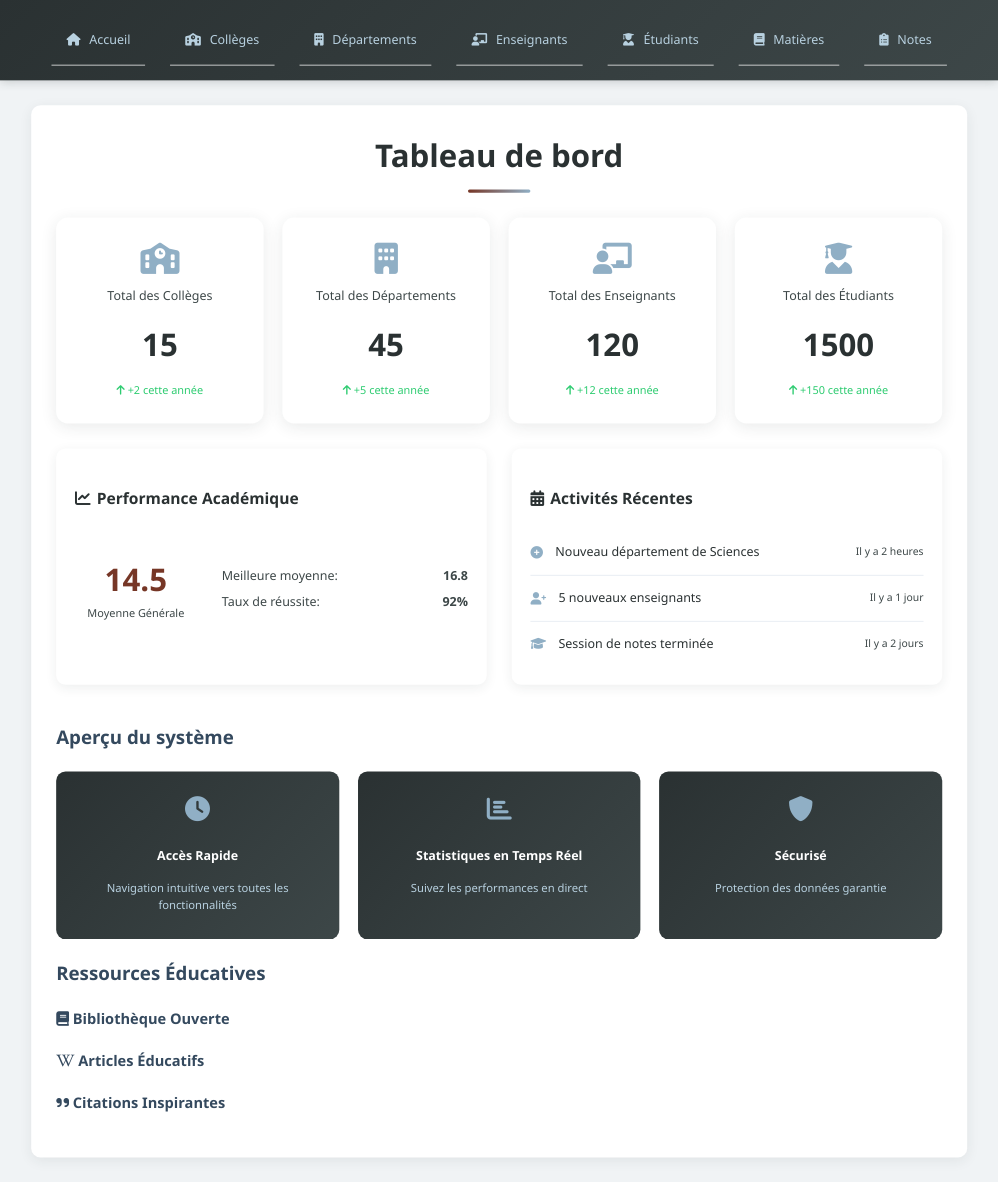
Repository: Ishimw3/college-management
Page: index.html
The author's editor kept a copy of each file at every save. The page is drawn from the files as they stood at one save, then again after the next save.
The browser window is 1280 px wide. The pictures show the whole page, at 78% of full size.
The page's requests for data from a server got no answer.

Above is the page before, as saved 2025-02-24 21:42:01.
Console error: ReferenceError: UIManager is not defined

After the next save:
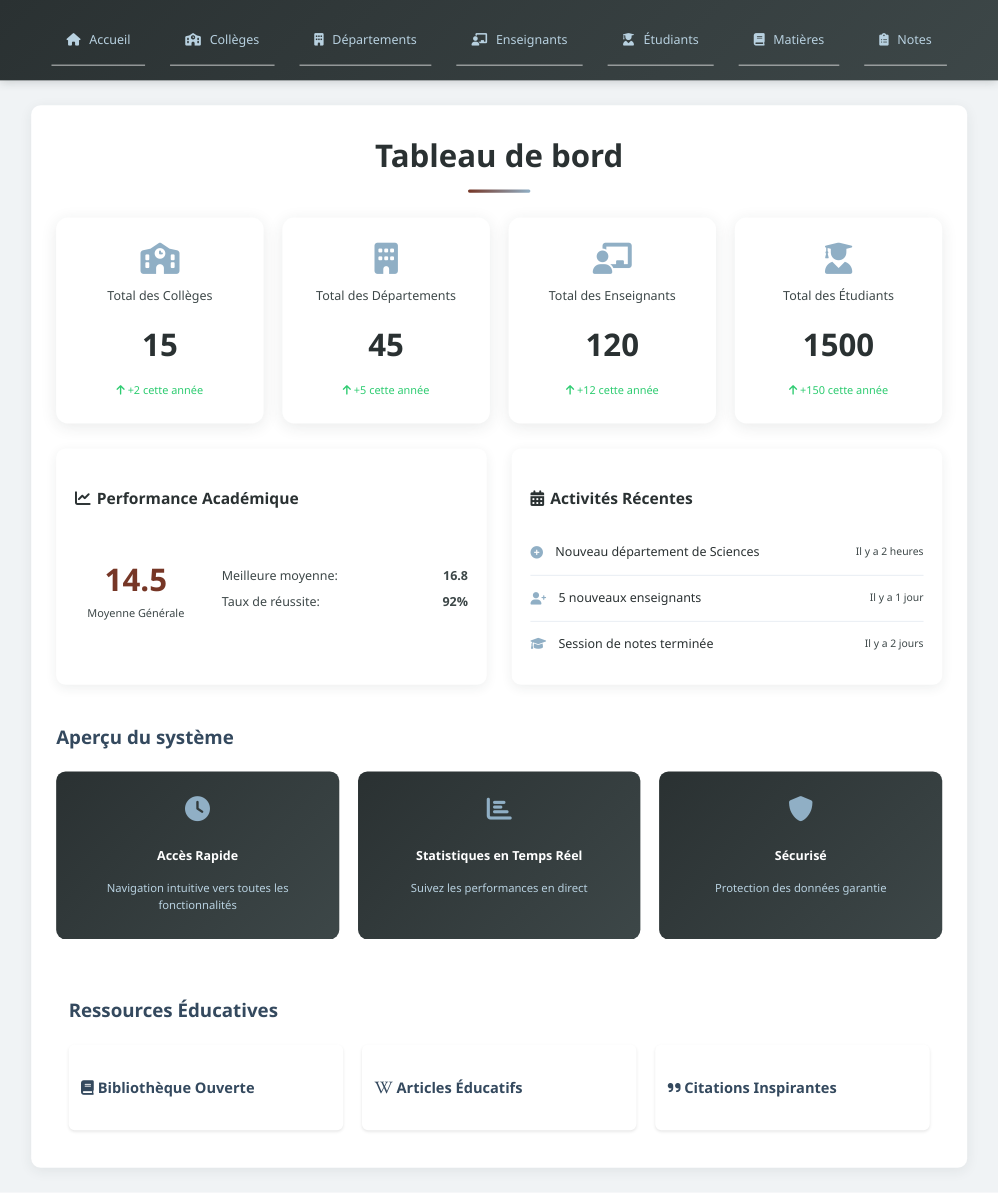
Saved 7 s later.
--- a/assets/css/main.css
+++ b/assets/css/main.css
@@ -755,3 +755,50 @@ td a:hover {
         padding: 1.5rem;
     }
 }
+
+/* ...existing code... */
+
+.educational-resources {
+    margin-top: 2rem;
+    padding: 1rem;
+}
+
+.resources-grid {
+    display: grid;
+    grid-template-columns: repeat(auto-fit, minmax(300px, 1fr));
+    gap: 1.5rem;
+    margin-top: 1rem;
+}
+
+.resource-card {
+    background: #fff;
+    border-radius: 8px;
+    padding: 1rem;
+    box-shadow: 0 2px 4px rgba(0,0,0,0.1);
+}
+
+.book-item, .wiki-item, .quote-item {
+    margin-bottom: 1rem;
+    padding: 1rem;
+    border-bottom: 1px solid #eee;
+}
+
+.quote-item blockquote {
+    font-style: italic;
+    color: #555;
+    margin: 0;
+    padding-left: 1rem;
+    border-left: 3px solid #007bff;
+}
+
+.quote-item footer {
+    margin-top: 0.5rem;
+    font-size: 0.9em;
+    text-align: right;
+}
+
+/* Add hover effects */
+.resource-card a:hover {
+    color: #0056b3;
+    text-decoration: underline;
+}
